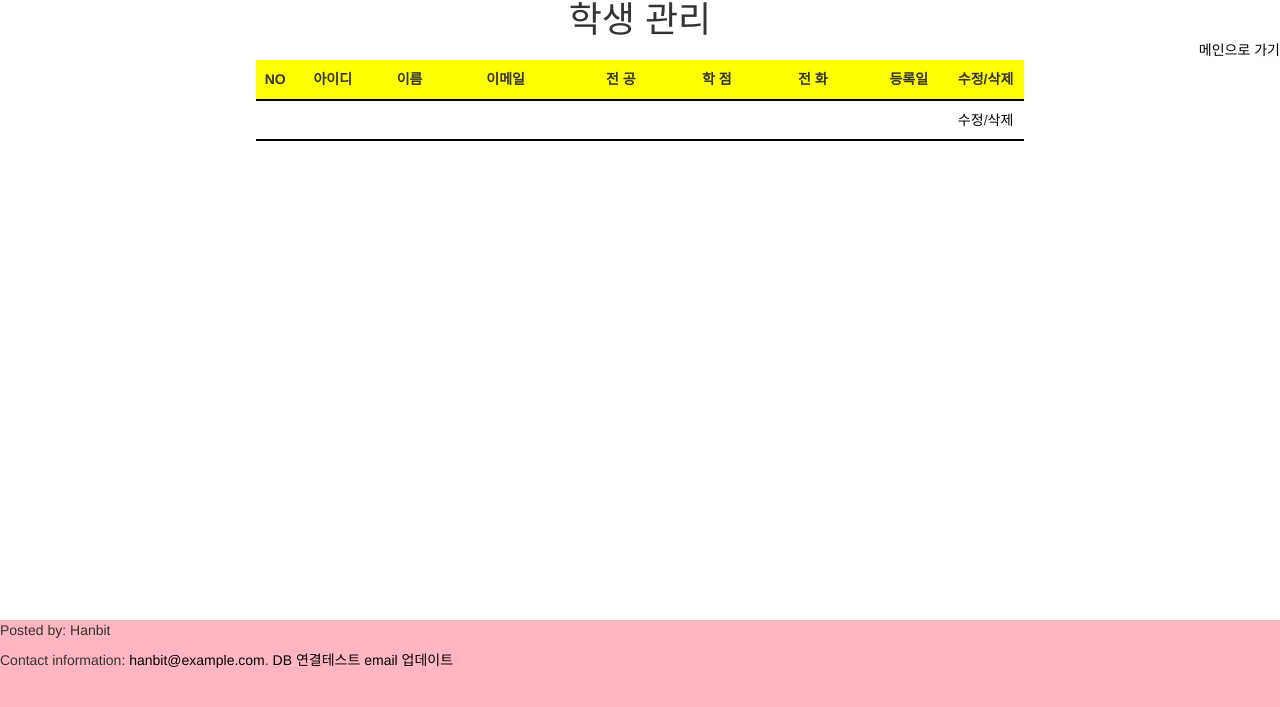
Repository: jeonghyunseok/GMSUI
Page: http://localhost/GMS2/WEB-INF/view/member/member_list.jsp
The author's editor kept a copy of each file at every save. The page is drawn from the files as they stood at one save, then again after the next save.
The browser window is 1280 px wide. The pictures show the whole page.
Some web libraries are served in a nearby version. The page is served by Tomcat 9. Nobody is signed in. Other server files are loaded and not shown. The template is opened directly, without the code that normally fills it, so the values that code supplies are empty.

Above is the page before, as saved 2017-08-11 08:30:17.

### GMS2/WebContent/WEB-INF/view/member/member_list.jsp
<%@ page language="java" contentType="text/html; charset=UTF-8"
	pageEncoding="UTF-8"%>

<jsp:include page="../member/member_head.jsp"></jsp:include>

<div id="container">
	<table id="member_list_tab">
		<tr>
		<th style="width: 5%;">NO</th>
		<th style="width: 10%;">아이디</th>
		<th style="width: 10%;">이름</th>
		<th style="width: 15%;">이메일</th>
		<th style="width: 15%;">전 공</th>
		<th style="width: 10%;">학 점</th>
		<th style="width: 15%;">전 화</th>
		<th style="width: 10%;">등록일</th>
		<th style="width: 10%;">수정/삭제</th>
		</tr>

		<tr >
			<td></td>
			<td></td>
			<td></td>
			<td></td>
			<td></td>
			<td></td>
			<td></td>
			<td></td>
			<td><a href="${ctx}/member/member_detail.jsp?id=null">수정</a>/<a href="<%= request.getContextPath()%>/member/service_delete.jsp?id=null">삭제</a></td>
		</tr>

	</table>
</div>
<jsp:include page="../common/footer.jsp"></jsp:include>

### GMS2/WebContent/WEB-INF/view/member/member_head.jsp
<%@ page language="java" contentType="text/html; charset=UTF-8" pageEncoding="UTF-8"%>


<!DOCTYPE html>
<html>
<head>
<meta charset="UTF-8" name="viewport"
	content="width=device-width, initial-scale=1.0">
<title>Student detail</title>
<link rel="stylesheet" href="${ctx}/resources/css/common.css" />
<link rel="stylesheet" href="${ctx}/resources/css/member.css" />
<link rel="stylesheet" href="https://maxcdn.bootstrapcdn.com/bootstrap/3.3.7/css/bootstrap.min.css">
</head>
<body>
	<div id="wrapper">
		<header>
			<h1 id="title">학생 관리 </h1>
		</header>
	<a id="go_main" href="/index.jsp">메인으로 가기</a><br />

### GMS2/WebContent/WEB-INF/view/common/footer.jsp
<%@ page language="java" contentType="text/html; charset=UTF-8" pageEncoding="UTF-8"%>
<!doctype html>
	<footer>
		<div>
				<p>Posted by: Hanbit</p>
				<p>
					Contact information: <a href="mailto:someone@example.com">
						hanbit@example.com</a>.
				<a href="../jdbctest.jsp">DB 연결테스트</a>
				<a href="../util/update_email.jsp">email 업데이트</a>
				</p>
	</div>
		</footer>
			</div>
					</body>
			</html>

### GMS2/WebContent/resources/css/common.css
@CHARSET "UTF-8";
html, body{height: 100%; margin: 0; padding: 0; border: 0;}
table{border-collapse:collapse;}
#wrapper{position: relative; min-height:100%;padding-bottom:100px;}
footer{position: absolute; bottom: 0; left: 0; width: 100%;  height: 100px;  background-color: lightpink;}
fotter div{width:80%;}
#go_main{float:right}
#container{width:100%; margin:0 auto; }
#text-cen{text-align: center}
#title{text-align:center; margin:0 auto;}
#text-cen{text-align:center;}
.gms-text-center{text-align:center;}
.gms-border-black{border: 1px solid black;}
.gms-width-30pro{width:30%;}
.gms-width-100pro{width:100%;}
.gms-text-deconone{text-decoration: none}
.gms-margine-auto{margin:0 auto}
.gms-list-none{list-style-type:none}
.gms-display-inline{display: inline-block;}
.gms-color-green{color:green}
.gms-backcolor-yellow{background-color:yellow}
.gms-color-blue{color:blue}
.gms-backcolor-red{background-color:#9afafa}
.gms-float-right{float:right}


/* unvisited link */
a:link { color: black;}
/* visited link */
a:visited {color: green;}
/* mouse over link */
a:hover {color: red;}
/* selected link */
a:active {color: blue;}

### GMS2/WebContent/resources/css/member.css
@CHARSET "UTF-8";
@IMPORT "common.css";
/*index.jsp*/
#index-tab{width:75%; margin:80px auto;width:80%;border:2px solid blue}
#index-tab-tr>td{border: 1px solid black; width:30%;padding:30px; text-align:center; text-decoration: none}
#index-tab-tr>th{border: 1px solid black; width:30%; text-align:center; text-decoration: none}
.index-ul{width: 200px;text-decoration: none;list-style-type:none}
.index-ul>li{border: 1px solid black;}
.index-ul>li>a{text-decoration: none; list-style-type:none}
#wrapper{width:100%;}
#index-h1{text-align:center; margin:0 auto;font-size:80px;}
/*login.jsp*/
#login_img{width: 200px;height: 200px; text-align:center;}
#login_id{font-size:20px;width:108px;display: inline-block;}
#login_pass{font-size:20px;display: inline-block;}
#login_botton{width: 150px; background-color:yellow;}
#cancel_botton{width: 150px; background-color:red;}
/*join.jsp*/
#join_id{font-size:20px;width:108px;display: inline-block;}
#join_pass{font-size:20px;display: inline-block;}
#join_name{font-size:20px;width:108px;display: inline-block;}
#join_birth{font-size:15px;width:60px;display: inline-block;}
#join_yes_btn{width:140px ; background-color:green;margin:0 auto;}
#join_no_btn{width:140px ; background-color:red;margin:0 auto;}
#join_form{margin:0 auto;}
/*login_list.jsp*/
#member_list_tab {width:60%;margin:0 auto;}
#member_list_tab th{border-bottom:2px solid black;height:40px;text-align:center;background-color:yellow;}
#member_list_tab td{border-bottom:2px solid black;height:40px;text-align:center;}
/*member_search*/
#member_search_box{width:300px;margin:0 auto;}
/*member_detail*/
#member_detail_tab {width: 60%;margin:0 auto;}
#member_detail_tab tr{border:2px solid black;height:40px;text-align:center;}
#member_detail_tab td{border:2px solid black;height:40px;text-align:center;}

### GMS2/WebContent/WEB-INF/view/common/common_head.jsp
<%@ page language="java" contentType="text/html; charset=UTF-8" pageEncoding="UTF-8"%>

<!DOCTYPE html>
<html>
<head>
<meta charset="UTF-8" name="viewport"
	content="width=device-width, initial-scale=1.0">
<title>Student detail</title>

<link rel="stylesheet" href="${ctx}/resources/css/common.css" />
<link rel="stylesheet" href="${ctx}/resources/css/member.css" />
 <link rel="stylesheet" href="https://maxcdn.bootstrapcdn.com/bootstrap/3.3.7/css/bootstrap.min.css">

 <script src="https://ajax.googleapis.com/ajax/libs/jquery/3.2.0/jquery.min.js"></script>
 <script src="https://maxcdn.bootstrapcdn.com/bootstrap/3.3.7/js/bootstrap.min.js"></script>
</head>
<body>
	<div id="wrapper">
		<header>
	    <jsp:include page="navbar.jsp"></jsp:include>
		<div class="jumbotron text-center">
		<h1>Grade Management System</h1>
        </div>
		</header>
	<a id="go_main" href="/index.jsp">메인으로 가기</a><br />

### GMS2/WebContent/WEB-INF/view/common/navbar.jsp
<%@ page language="java" contentType="text/html; charset=UTF-8" pageEncoding="UTF-8"%>
<nav class="navbar navbar-inverse">
  <div class="container-fluid">
    <div class="navbar-header">
      <a class="navbar-brand" href="#">WebSiteName</a>
    </div>
  	  <ul class="nav navbar-nav">
  	   <li class="active"><a onclick="moveTo('dir','page')"><span class="glyphicon glyphicon-piggy-bank"></span> &nbsp; Home</a></li>

		<li class="dropdown">
      <a href="#" class="dropdown-toggle"
      	data-toggle="dropdown" role="button"
      	aria-haspopup="true"
      	aria-expanded="false">회원관리 <span class="caret">
      	</span></a>
      	<ul class="dropdown-menu">
   		<li><a onclick="moveTo('member','member_add')">학생추가</a></li>
   		<li><a onclick="moveTo('member','member_list')">학생목록</a></li>
   		<li><a onclick="moveTo('member','member_search')">학생조회</a></li>
   		<li role="separator" class="divider"></li>
   		<li><a onclick="deleteTo('member')">학생삭제</a></li>
      	</ul>
      	</li>

      	<li class="dropdown">
      <a href="#" class="dropdown-toggle"
      	data-toggle="dropdown" role="button"
      	aria-haspopup="true"
      	aria-expanded="false">성적관리 <span class="caret">
      	</span></a>
      	<ul class="dropdown-menu">
   		<li><a onclick="moveTo('grade','grade_add')">성적추가</a></li>
   		<li><a onclick="moveTo('grade','grade_list')">성적목록</a></li>
   		<li><a onclick="moveTo('grade','grade_detail')">성적조회</a></li>
   		<li role="separator" class="divider"></li>
   		<li><a onclick="deleteTo('grade')">성적 삭제</a></li>
      	</ul>
      	</li>

      		<li class="dropdown">
      <a href="#" class="dropdown-toggle"
      	data-toggle="dropdown" role="button"
      	aria-haspopup="true"
      	aria-expanded="false">게시글관리 <span class="caret">
      	</span></a>
      	<ul class="dropdown-menu">
   		<li><a onclick="moveTo('board','board_add')">게시글추가</a></li>
   		<li><a onclick="moveTo('board','board_list')">게시글목록</a></li>
   		<li><a onclick="moveTo('board','board_update')">게시글조회</a></li>
   		<li role="separator" class="divider"></li>
   		<li><a onclick="deleteTo('board')">게시글 삭제</a></li>
      	</ul>
      	</li>
   	 </ul>
   		<span class="gms-float-right" style="color:white"> ${sessionScope.user.name} &nbsp;
   		 <a  id="logout" onclick="logout()">로그아웃</a></span>
	</div>
</nav>
	<script>
	function logout(){
		location.href="${ctx}/common.do?action=move&page=index";
		return true;
		}
	</script>

After the next save:
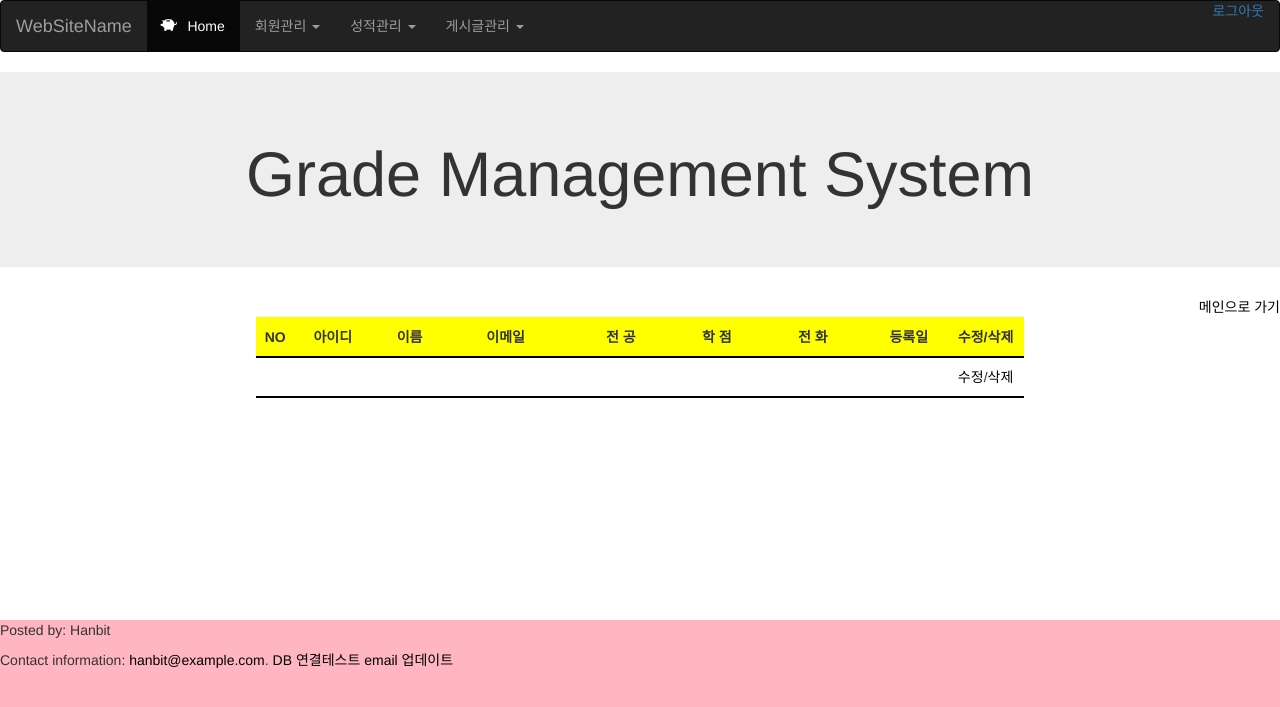
Saved 61 s later.
--- a/GMS2/WebContent/WEB-INF/view/member/member_list.jsp
+++ b/GMS2/WebContent/WEB-INF/view/member/member_list.jsp
@@ -1,7 +1,7 @@
 <%@ page language="java" contentType="text/html; charset=UTF-8"
 	pageEncoding="UTF-8"%>
 
-<jsp:include page="../member/member_head.jsp"></jsp:include>
+<jsp:include page="../common/common_head.jsp"/>
 
 <div id="container">
 	<table id="member_list_tab">
